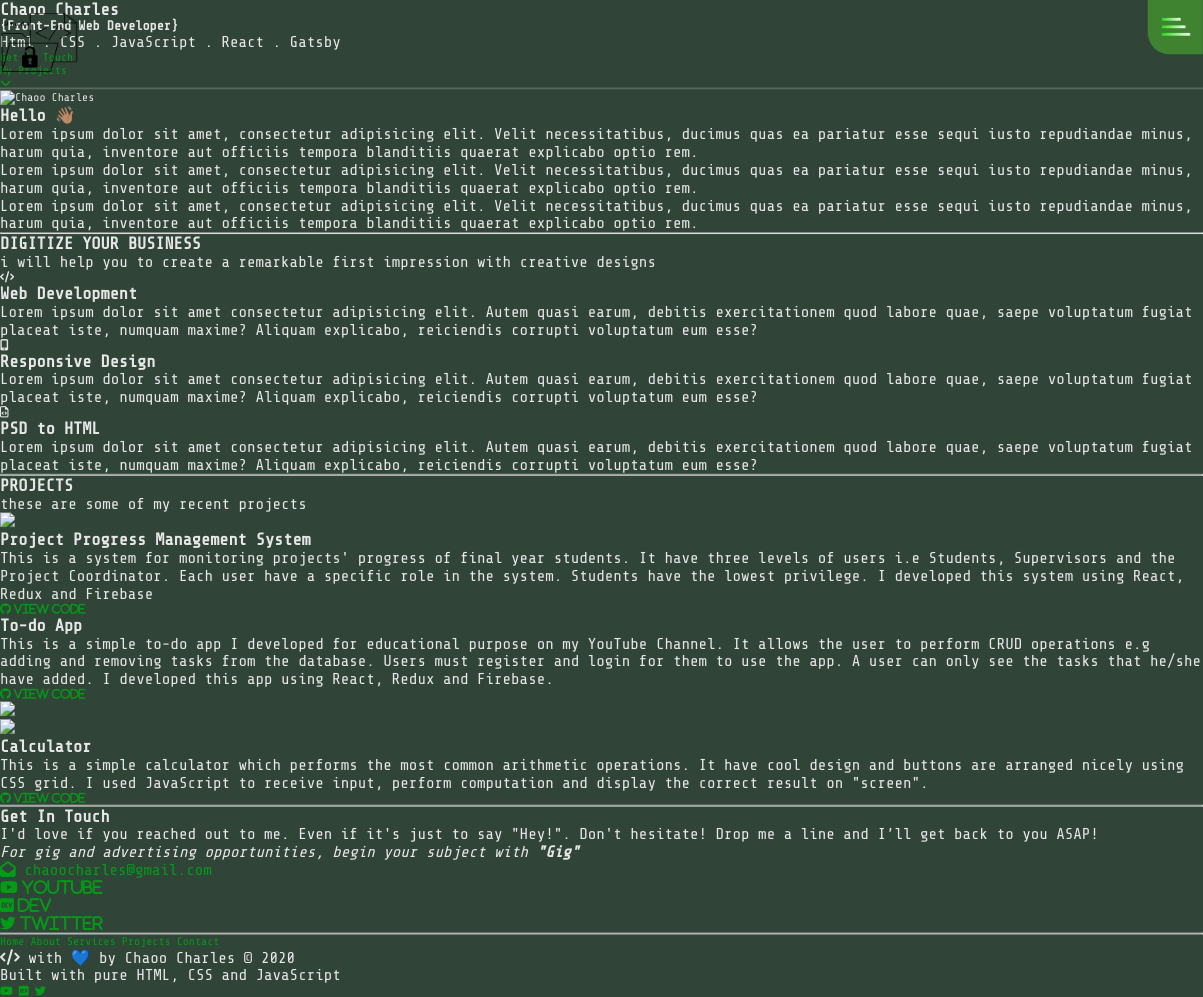
Repository: BartekUroda/portfolio
Page: index.html
The author's editor kept a copy of each file at every save. The page is drawn from the files as they stood at one save, then again after the next save.
The browser window is 1280 px wide. The pictures show the whole page, at 94% of full size.
Some web libraries are served in a nearby version.

Above is the page before, as saved 2020-10-26 23:39:08.
Not found: images/calculator.png
Not found: images/profile-pic.jpg
Not found: images/sppms.png

### index.html
<!DOCTYPE html>
<html lang="en">
<head>
    <meta charset="UTF-8">
    <meta name="viewport" content="width=device-width, initial-scale=1.0">
    <title>Portfolio | Bartek Uroda</title>
    <link rel="stylesheet" type="text/css" href="css/style.css">
    <link href="https://fonts.googleapis.com/css2?family=Poppins&sfamily=Share+Tech+Mono&display=swap" rel="stylesheet">
    <script src="https://kit.fontawesome.com/056e5c10dc.js" crossorigin="anonymous"></script>
    <link rel="shortcut icon" type="image/x-icon" href="images/favicon.ico" />
</head>
<body>
    <header>
        <div class="container">
            <nav>
                <div class="nav-brand">
                    <a href="index.html">
                        <img src="images/logo.png" alt="Uroda">
                    </a>
                </div>
                <div class="burger-menu-icon">
                    <div class="line1"></div>
                    <div class="line2"></div>
                    <div class="line3"></div>
                </div>
                <ul class="nav-list">
                    <li class="nav-item">
                      <a href="#landing-page">
                        <img
                          src="images/profile.jpeg"
                          alt="Bartek Uroda"
                          class="profile-pic nav-link"
                        >
                        <span class="caption nav-link">Bartek Uroda</span>
                      </a>
                    </li>
                    <li class="nav-item">
                      <a href="#about" class="nav-link">O mnie</a>
                    </li>
                    <li class="nav-item">
                      <a href="#services" class="nav-link">Usługi</a>
                    </li>
                    <li class="nav-item">
                      <a href="#projects" class="nav-link">Projekty</a>
                    </li>
                    <li class="nav-item">
                      <a href="#contact" class="nav-link">Kontakt</a>
                    </li>
                    <li class="nav-item">
                      <a href="https://www.facebook.com/bartlomiej.uroda.3" target="_blank" class="nav-link">
                        <i class="fab fa-facebook"></i>
                      </a>
                      <a href="https://github.com/Urodii" target="_blank" class="nav-link">
                        <i class="fab fa-github"></i>
                      </a>
                      <a href="https://www.youtube.com/channel/UCzT1h5RNvmbtrmKT5hPjyAg?view_as=subscriber" target="_blank" class="nav-link">
                        <i class="fab fa-youtube"></i>
                      </a>
                    </li>
                  </ul>
            </nav>
        </div>
    </header>
    <main>
      <section id="landing-page" class="landing-page">
        <div class="container">
          <div class="main-message">
            <h2>Chaoo Charles</h2>
            <h3>{Front-End Web Developer}</h3>
            <p>Html . CSS . JavaScript . React . Gatsby</p>
            <div class="intro-btn">
              <div class="cta">
                <a href="#contact" class="btn">Get In Touch</a>
              </div>
              <div class="cta">
                <a href="#projects" class="btn">My Projects</a>
              </div>
            </div>
            <div>
              <a href="#about" class="scroll-down">
                <i class="fa fa-chevron-down" aria-hidden="true"></i>
              </a>
            </div>
          </div>
        </div>
      </section>
      <section id="about" class="about">
        <div class="container">
          <div class="about-img">
            <img
              src="images/profile-pic.jpg"
              alt="Chaoo Charles"
              class="about-pic"
            />
          </div>
          <div class="about-text-box">
            <h2>Hello 👋🏽</h2>
            <p>
              Lorem ipsum dolor sit amet, consectetur adipisicing elit. Velit
              necessitatibus, ducimus quas ea pariatur esse sequi iusto
              repudiandae minus, harum quia, inventore aut officiis tempora
              blanditiis quaerat explicabo optio rem.
            </p>
            <p>
              Lorem ipsum dolor sit amet, consectetur adipisicing elit. Velit
              necessitatibus, ducimus quas ea pariatur esse sequi iusto
              repudiandae minus, harum quia, inventore aut officiis tempora
              blanditiis quaerat explicabo optio rem.
            </p>
            <p>
              Lorem ipsum dolor sit amet, consectetur adipisicing elit. Velit
              necessitatibus, ducimus quas ea pariatur esse sequi iusto
              repudiandae minus, harum quia, inventore aut officiis tempora
              blanditiis quaerat explicabo optio rem.
            </p>
          </div>
        </div>
        <hr />
      </section>
      <section id="services" class="services">
        <div class="container">
          <div class="title-heading">
            <h2>DIGITIZE YOUR BUSINESS</h2>
            <p>
              i will help you to create a remarkable first impression with
              creative designs
            </p>
          </div>
          <div class="service-tiers">
            <div class="tier-item">
              <i class="fa fa-code" aria-hidden="true"></i>
              <h2>Web Development</h2>
              <p>
                Lorem ipsum dolor sit amet consectetur adipisicing elit. Autem
                quasi earum, debitis exercitationem quod labore quae, saepe
                voluptatum fugiat placeat iste, numquam maxime? Aliquam
                explicabo, reiciendis corrupti voluptatum eum esse?
              </p>
            </div>
            <div class="tier-item">
              <i class="fa fa-mobile" aria-hidden="true"></i>
              <h2>Responsive Design</h2>
              <p>
                Lorem ipsum dolor sit amet consectetur adipisicing elit. Autem
                quasi earum, debitis exercitationem quod labore quae, saepe
                voluptatum fugiat placeat iste, numquam maxime? Aliquam
                explicabo, reiciendis corrupti voluptatum eum esse?
              </p>
            </div>
            <div class="tier-item">
              <i class="fa fa-file-code-o" aria-hidden="true"></i>
              <h2>PSD to HTML</h2>
              <p>
                Lorem ipsum dolor sit amet consectetur adipisicing elit. Autem
                quasi earum, debitis exercitationem quod labore quae, saepe
                voluptatum fugiat placeat iste, numquam maxime? Aliquam
                explicabo, reiciendis corrupti voluptatum eum esse?
              </p>
            </div>
          </div>
        </div>
        <hr />
      </section>
      <section id="projects" class="projects">
        <div class="title-heading">
          <h2>PROJECTS</h2>
          <p>these are some of my recent projects</p>
        </div>
        <div class="project-item">
          <div class="project-img has-margin-right">
            <img src="images/sppms.png" />
          </div>
          <div class="project-description">
            <h2>Project Progress Management System</h2>
            <p>
              This is a system for monitoring projects' progress of final year
              students. It have three levels of users i.e Students, Supervisors
              and the Project Coordinator. Each user have a specific role in the
              system. Students have the lowest privilege. I developed this
              system using React, Redux and Firebase
            </p>
            <a href="#" class="project-link" target="_blank"
              ><i class="fa fa-github" aria-hidden="true"> View Code</i></a
            >
          </div>
        </div>

        <div class="project-item">
          <div class="project-description has-margin-right">
            <h2>To-do App</h2>
            <p>
              This is a simple to-do app I developed for educational purpose on
              my YouTube Channel. It allows the user to perform CRUD operations
              e.g adding and removing tasks from the database. Users must
              register and login for them to use the app. A user can only see
              the tasks that he/she have added. I developed this app using
              React, Redux and Firebase.
            </p>
            <a href="#" class="project-link" target="_blank"
              ><i class="fa fa-github" aria-hidden="true"> View Code</i></a
            >
          </div>
          <div class="project-img">
            <img src="images/to-do.png" />
          </div>
        </div>

        <div class="project-item">
          <div class="project-img has-margin-right">
            <img src="images/calculator.png" />
          </div>
          <div class="project-description">
            <h2>Calculator</h2>
            <p>
              This is a simple calculator which performs the most common
              arithmetic operations. It have cool design and buttons are
              arranged nicely using CSS grid. I used JavaScript to receive
              input, perform computation and display the correct result on
              "screen".
            </p>
            <a href="#" class="project-link" target="_blank"
              ><i class="fa fa-github" aria-hidden="true"> View Code</i></a
            >
          </div>
        </div>
        <hr />
      </section>
      <section id="contact" class="contact">
        <h2>Get In Touch</h2>
        <p>
          I'd love if you reached out to me. Even if it's just to say "Hey!".
          Don't hesitate! Drop me a line and I’ll get back to you ASAP!
        </p>
        <p>
          <i
            >For gig and advertising opportunities, begin your subject with
            <strong>"Gig"</strong></i
          >
        </p>
        <div class="container">
          <p>
            <a href="mailto:chaoocharles@gmail.com"
              ><i class="fas fa-envelope-open"></i> chaoocharles@gmail.com</a
            >
          </p>
          <p>
            <a href="#" target="_blank"
              ><i class="fab fa-youtube"> YouTube</i></a
            >
          </p>
          <p>
            <a href="#" target="_blank"><i class="fab fa-dev"> Dev</i></a>
          </p>
          <p>
            <a href="#" target="_blank"
              ><i class="fab fa-twitter"> Twitter</i></a
            >
          </p>
        </div>
        <hr />
      </section>
      <footer>
        <div class="footer-nav">
          <a href="#landing-page" class="footer-nav-link">Home</a>
          <a href="#about" class="footer-nav-link">About</a>
          <a href="#services" class="footer-nav-link">Services</a>
          <a href="projects" class="footer-nav-link">Projects</a>
          <a href="#contact" class="footer-nav-link">Contact</a>
        </div>
        <div class="footer-coded-by">
          <p>
            <i class="fas fa-code"></i> with 💙 by Chaoo Charles &copy; 2020
          </p>
          <p>Built with pure HTML, CSS and JavaScript</p>
        </div>
        <div class="footer-social">
          <a href="#" target="_blank"><i class="fab fa-youtube"></i></a>
          <a href="#" target="_blank"><i class="fab fa-dev"></i></a>
          <a href="#" target="_blank"><i class="fab fa-twitter"></i></a>
        </div>
      </footer>
    </main>
 <script type="text/javascript" src="js/main.js"></script>
</body>
</html>

### css/style.css
/* ----------GLOBAL STYLES---------- */
*,
*::before,
*::after {
  margin: 0;
  padding: 0;
  box-sizing: inherit;
}
html {
    font-family: "Share Tech Mono", monospace;
    font-size: 12px;
    box-sizing: border-box;
    scroll-behavior: smooth;
    color: #e7e7e7;
    background: rgb(49, 68, 56);
}

a {
    text-decoration: none;
    color: rgb(3, 155, 23);
}

a:hover {
    color: rgba(249, 105, 14, 1);
}

ul {
    list-style: none;
}

p {
    font-size: 1.4rem;
}

img {
    width: 100%;
    max-width: 100%;
    height: auto;
}
/* ----------HEADER---------- */
header {
    width: 100%;
    height: 5rem;
    position: absolute;
    top: 0;
    left: 0;
    z-index: 1;
}
.contenier {
    width: 100%;
    max-width: 90rem;
    margin: 0 auto;
    padding: 0 1.5rem;
}
.nav-brand {
    width: 7rem;
}
nav {
    width: 100%;
    display: flex;
    align-items: center;
    justify-content: space-between;
    padding: 1rem 0;
    border-bottom: 2px solid rgba(255, 255, 255, .2);
}
.line1 {
    width: 20px;
    height: 3px;
    margin: 5px 0;
    background: linear-gradient(
      135deg,
      rgb(27, 218, 10) 0%,
      rgb(255, 255, 255) 100%
    );
}
.line2 {
    width: 25px;
    height: 3px;
    background: linear-gradient(
      135deg,
      rgb(27, 218, 10) 0%,
      rgb(255, 255, 255) 100%
    );
}
.line3 {
    width: 30px;
    height: 3px;
    margin: 5px 0;
    background: linear-gradient(
      135deg,
      rgb(27, 218, 10) 0%,
      rgb(255, 255, 255) 100%
    );
}
.burger-menu-icon {
    cursor: pointer;
    z-index: 999;
    position: fixed;
    right: 0;
    top: 0;
    background-color: rgba(67, 145, 47, 0.815);
    padding: 1.2rem;
    border-radius: 0% 0% 0% 40%;
}
.profile-pic {
    height: 9rem;
    width: auto;
    border-radius: 50%;
    display: block;
    margin: 1.5rem 0;
}
.caption {
    display: block;
}
.nav-list {
    width: 24rem;
    height: 100vh;
    background-color:  rgb(69, 85, 75);
    position: fixed;
    top: 0;
    right: -26rem;
    display: flex;
    flex-direction: column;
    align-items: center;
    justify-self: start;
    z-index: 998;
    transition: all 650ms ease-in-out;
}
.nav-list.active {
    right: 0;
}
.nav-item {
    margin: 1.2rem 0;
}
.nav-link {
    opacity: 0;
    font-size: 1.3rem;
    text-transform: uppercase;
    color: #cecece;
    letter-spacing: 1.5px;
}
.nav-link:hover {
    color: rgb(62, 248, 15);
}
.toggle {
    background: none;
}
.toggle .line1 {
    transform: rotate(-45deg) translate(-5px, 6px) scalex(2);
}
.toggle .line2 {
    opacity: 0;
}
.toggle .line3 {
    width: 20px;
    transform: rotate(45deg) translate(-5px, -6px) scalex(2);
    margin-left: 0px;
}
@keyframes navLinkAnimate {
    from{
        opacity: 0;
        transform: translate(50px);
    }
    to{
        opacity: 1;
        transform: translate(0px);
    }
}

### js/main.js
//eselect elements
const selectElement = (s) => document.querySelector(s);
const navLinks = document.querySelectorAll(".nav-link");

selectElement(".burger-menu-icon").addEventListener("click", () => {
    selectElement(".nav-list").classList.toggle("active");
    selectElement(".burger-menu-icon").classList.toggle("toggle")

    navLinks.forEach((link, index) => {
        if (link.style.animation){
            link.style.animation = ""
        }else{
            link.style.animation = `navLinkAnimate 0.5s ease forwards ${ index/7 + 0.5}s`
            console.log(index/7 + 0.5)
        }
    })
});

After the next save:
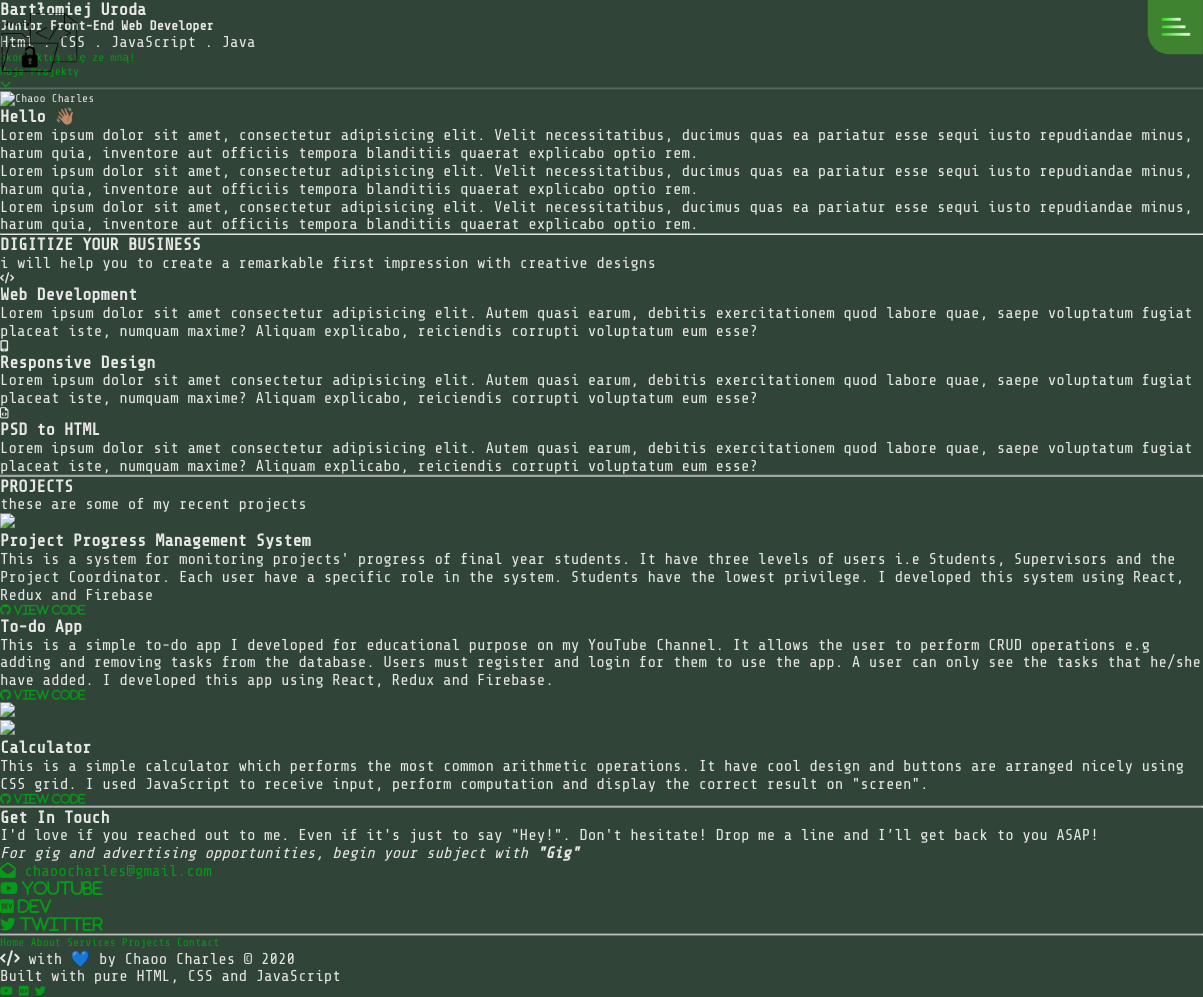
Saved 4 min 25 s later.
--- a/index.html
+++ b/index.html
@@ -65,15 +65,15 @@
       <section id="landing-page" class="landing-page">
         <div class="container">
           <div class="main-message">
-            <h2>Chaoo Charles</h2>
-            <h3>{Front-End Web Developer}</h3>
-            <p>Html . CSS . JavaScript . React . Gatsby</p>
+            <h2>Bartłomiej Uroda</h2>
+            <h3>Junior Front-End Web Developer</h3>
+            <p>Html . CSS . JavaScript . Java</p>
             <div class="intro-btn">
               <div class="cta">
-                <a href="#contact" class="btn">Get In Touch</a>
+                <a href="#contact" class="btn">Skontaktuj się ze mną!</a>
               </div>
               <div class="cta">
-                <a href="#projects" class="btn">My Projects</a>
+                <a href="#projects" class="btn">Moje Projekty</a>
               </div>
             </div>
             <div>
